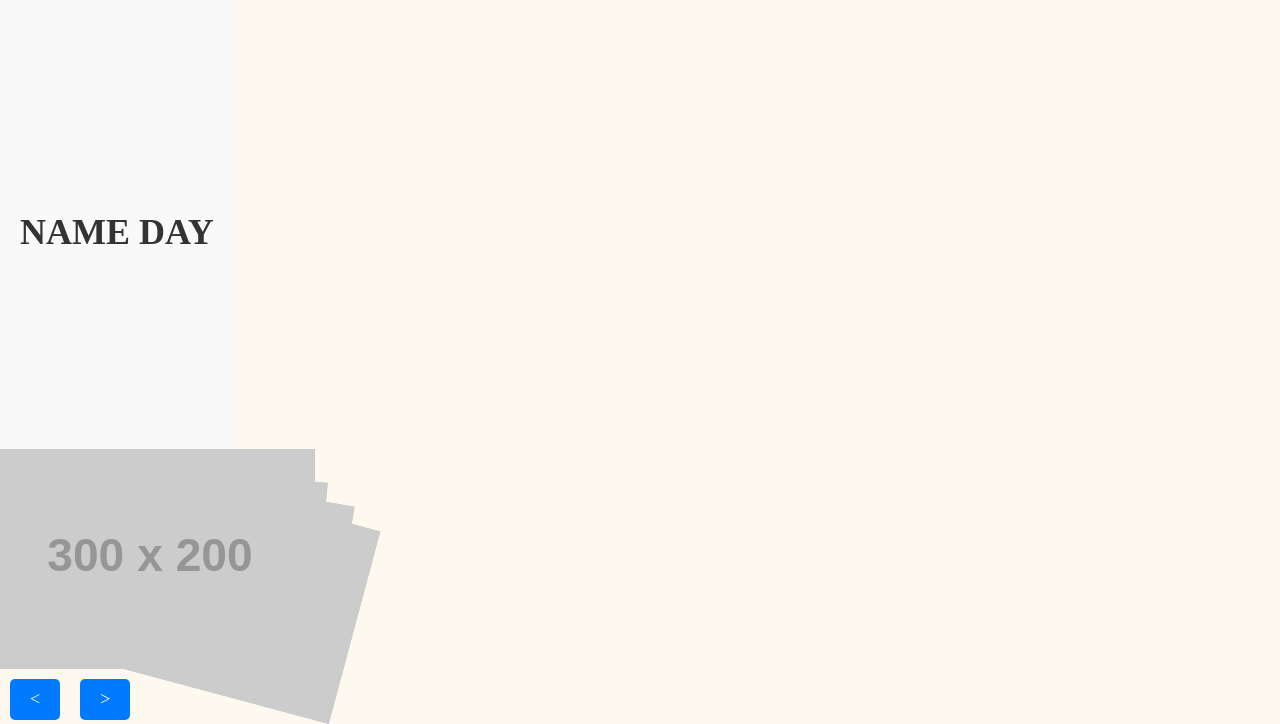
Repository: naps00/BIRTHDAY
Page: /details
The author's editor kept a copy of each file at every save. The page is drawn from the files as they stood at one save, then again after the next save.
The browser window is 1280 px wide. The pictures show the whole page.
The project was rebuilt for these pictures with package versions that can differ from the ones it lists, and the page was loaded fresh each time.

Above is the page before, as saved 2024-12-12 04:16:28.

### src/App.js
import React, { useState } from 'react';
import { BrowserRouter as Router, Route, Routes, Link } from 'react-router-dom';
import './App.css';
import Details from './details.js'; // นำเข้า Details.js

function Home() {
  const [showModal, setShowModal] = useState(false);

  // เมื่อวีดีโอจบ ให้แสดง modal
  const handleVideoEnd = () => {
    setShowModal(true);
  };

  return (
    <div className="App">
      <div className="container">
        <div className="text-section" style={{ flex: 1, display: 'flex', flexDirection: 'column', justifyContent: 'center', alignItems: 'center', textAlign: 'center', height: '100vh', color: 'black', fontSize: 'calc(3vw + 0vh)', fontWeight: 'bold' }}>
          <h2>HAPPY BIRTHDAY !!</h2>
          <p>MY LOVE ♡ </p>
          <img src="https://img2.pic.in.th/pic/fc8c0bdfae313c2ffd700a21b05915d6-removebg-preview.png" alt="Happy Birthday Decoration" style={{width: '200px', height: '200PX' }} />
        </div>

        <div className="video-section">
          <video
            className="video-player"
            controls
            onEnded={handleVideoEnd}
          >
            <source src="https://v1.pinimg.com/videos/mc/720p/3d/2a/3c/3d2a3ca4078af4f14258938781ed5f8e.mp4" type="video/mp4" />
            Your browser does not support the video tag.
          </video>
        </div>
      </div>

      {/* Modal */}
      {showModal && (
        <div className="modal-backdrop">
          <div className="modal-content">
            <h2>Are you ready?</h2>
            {/* เปลี่ยนปุ่ม "ปิด" ให้เป็นลิงค์ไปยังหน้า /details */}
            <Link to="/details">
              <button className="pulse">GO !!</button>
            </Link>
          </div>
        </div>
      )}

      {/* เพิ่มอิโมจิที่วิ้งๆ */}
      <div className="emoji">🌟</div>
      <div className="emoji2">✨</div>
      <div className="emoji3">💕</div>

    </div>
  );
}

function App() {
  return (
    <Router>
      <Routes>
        <Route path="/" element={<Home />} />
        <Route path="/details" element={<Details />} /> {/* เพิ่มเส้นทางสำหรับหน้า /details */}
      </Routes>
    </Router>
  );
}

export default App;

### src/App.css
/* การจัด layout ของแอปพลิเคชัน */
.App {
  background-color: white;
  min-height: 100vh;
  display: flex;
  justify-content: center;
  align-items: center;
}

/* ส่วนที่ใช้จัด layout */
.container {
  display: flex;
  flex-direction: row; /* แบ่งพื้นที่ออกเป็น 2 ส่วน */
  width: 100%;
  height: 100vh;
}

/* ส่วนข้อความ */
.text-section {
  flex: 1;
  display: flex;
  flex-direction: column;
  justify-content: center;
  align-items: center;
  padding: 20px;
  background-color: #f9f9f9;
}

.text-section h1 {
  margin-bottom: 20px;
}

/* ส่วนวีดีโอ */
.video-section {
  flex: 1;
  display: flex;
  justify-content: center;
  align-items: center;
  background-color: #000;
}

.video-player {
  width: 100%; /* ให้วีดีโอเต็มความกว้าง */
  height: 100%; /* ให้วีดีโอเต็มความสูง */
  object-fit: cover; /* ปรับวีดีโอให้เต็มพื้นที่โดยไม่เสียสัดส่วน */

/* การแสดง modal */
}
.modal-backdrop {
  position: fixed;
  top: 0;
  left: 0;
  width: 100%;
  height: 100%;
  background: rgba(0, 0, 0, 0.7);
  display: flex;
  justify-content: center;
  align-items: center;
  z-index: 100; /* ทำให้ modal อยู่เหนือสิ่งอื่น */
  animation: fadeInPop 0.5s ease-out;
}

/* เพิ่ม z-index ให้ modal-content */
.modal-content {
  background: white;
  padding: 20px;
  border-radius: 10px;
  text-align: center;
  box-shadow: 0 2px 10px rgba(0, 0, 0, 0.3);
  animation: slideUp 0.3s ease-out;
  z-index: 101; /* ทำให้เนื้อหาของ modal อยู่เหนือ backdrop */
}

/* การแอนิเมชัน fade-in และ pop-up สำหรับ modal backdrop */
@keyframes fadeInPop {
  0% {
    opacity: 0;
    transform: scale(0.8);
  }
  100% {
    opacity: 1;
    transform: scale(1);
  }
}

body {
  font-family: 'Coiny', cursive;
  margin: 0;
  padding: 0;
  box-sizing: border-box;
  background-color: #fef9ef;
  color: #333;
}

h1, h2, p {
  font-family: 'Coiny', cursive; /* ฟอนต์ใหม่สำหรับข้อความ */
}

button {
  font-family: 'Coiny', cursive;
  font-size: 1.2rem;
  background-color: #ff6f61;
  color: #fff;
  padding: 10px 20px;
  border: none;
  border-radius: 8px;
  cursor: pointer;
  transition: background-color 0.3s ease, transform 0.3s ease;
}

button:hover {
  background-color: #ff3d3d;
  transform: scale(1.1);
}

/* การแอนิเมชัน slide-up สำหรับ modal content */
@keyframes slideUp {
  0% {
    transform: translateY(20px);
    opacity: 0;
  }
  100% {
    transform: translateY(0);
    opacity: 1;
  }
}

.modal-content h2 {
  margin-bottom: 20px;
}

.modal-content button {
  padding: 10px 20px;
  background-color: #007bff;
  color: white;
  border: none;
  border-radius: 5px;
  cursor: pointer;
  transition: transform 0.3s ease, background-color 0.3s ease;
}

/* เอฟเฟกต์เมื่อ hover ปุ่ม */
.modal-content button:hover {
  background-color: #0056b3;
  transform: scale(1.1); /* ขยายขนาดปุ่มเมื่อ hover */
}

/* เอฟเฟกต์การเต้นของปุ่ม */
@keyframes pulse {
  0% {
    transform: scale(1);
    opacity: 1;
  }
  50% {
    transform: scale(1.1);
    opacity: 0.8;
  }
  100% {
    transform: scale(1);
    opacity: 1;
  }
}

.pulse {
  animation: pulse 1.5s infinite;
}

/* อิโมจิวิ้งๆ */
.emoji {
  position: fixed;
  top: 30%;
  right: 50%;
  font-size: 30px;
  animation: smoothBounce 1.4s infinite;
  z-index: 50; /* ทำให้ไอคอนอิโมจิอยู่ใต้ modal */
}
.emoji2 {
  position: fixed;
  top: 18%;
  right: 97%;
  font-size: 30px;
  animation: smoothBounce 1.5s infinite;
  z-index: 50; /* ทำให้ไอคอนอิโมจิอยู่ใต้ modal */
}
.emoji3 {
  position: fixed;
  top: 63%;
  right: 65%;
  font-size: 50px;
  animation: smoothBounce 3s infinite;
  z-index: 50; /* ทำให้ไอคอนอิโมจิอยู่ใต้ modal */
}
/* การกระพิบ */
/* @keyframes fadeInOut {
  0%, 100% {
    opacity: 0;
  }
  50% {
    opacity: 1;
  }
}

.fade {
  animation: fadeInOut 1s infinite;
} */

/* การแอนิเมชันวิ้ง */
@keyframes smoothBounce {
  0%, 100% {
    transform: translateY(0);
    opacity: 1;
  }
  25% {
    transform: translateY(-1px);
    opacity: 1;
  }
  50% {
    transform: translateY(-1px);
    opacity: 1;
  }
  75% {
    transform: translateY(5px);
    opacity: 1;
  }
}


/* การแอนิเมชัน zoom-in */
@keyframes zoomIn {
  0% {
    transform: scale(0.8);
    opacity: 0;
  }
  100% {
    transform: scale(1);
    opacity: 1;
  }
}

.zoom-in {
  animation: zoomIn 0.4s ease-out;
}

/* เอฟเฟกต์ fade-in สำหรับเนื้อหาที่โหลด */
.fade-in {
  opacity: 0;
  animation: fadeIn 1s forwards;
}

@keyframes fadeIn {
  from {
    opacity: 0;
  }
  to {
    opacity: 1;
  }
}

### src/details.js
import React, { useState } from 'react';
import './details.css'; // เพิ่มสไตล์สำหรับ Card Stack

function Details() {
  const [currentIndex, setCurrentIndex] = useState(0);

  const images = [
    'https://via.placeholder.com/300x200?text=Image+1',
    'https://via.placeholder.com/300x200?text=Image+2',
    'https://via.placeholder.com/300x200?text=Image+3',
    'https://via.placeholder.com/300x200?text=Image+4'
  ];

  const handleNext = () => {
    setCurrentIndex((currentIndex + 1) % images.length);
  };

  const handlePrev = () => {
    setCurrentIndex((currentIndex - 1 + images.length) % images.length);
  };

  return (
    <div className="details-page">
      <div className="text-section">
        <h1>NAME DAY</h1>
      </div>

      <div className="card-stack">
        {images.map((src, index) => {
          const isActive = index === currentIndex;
          const zIndex = images.length - Math.abs(currentIndex - index); // ลำดับของการซ้อน
          const offsetX = (index - currentIndex) * 20; // ความเหลื่อมในแกน X
          const offsetY = (index - currentIndex) * 10; // ความเหลื่อมในแกน Y
          const rotation = (index - currentIndex) * 5; // หมุนเล็กน้อย

          return (
            <img
              key={index}
              src={src}
              alt={`Slide ${index + 1}`}
              className={`card ${isActive ? 'active' : ''}`}
              style={{
                zIndex: zIndex,
                transform: `translate(${offsetX}px, ${offsetY}px) rotate(${rotation}deg) scale(${isActive ? 1.1 : 1})`,
                position: 'absolute',
                left: '50%',
                top: '50%',
                transformOrigin: 'center',
                marginLeft: '-150px', // ครึ่งหนึ่งของความกว้าง
                marginTop: '-100px', // ครึ่งหนึ่งของความสูง
                transition: 'transform 0.5s ease-in-out, z-index 0.5s',
              }}
            />
          );
        })}
      </div>

      <div className="controls">
        <button onClick={handlePrev}>&lt;</button>
        <button onClick={handleNext}>&gt;</button>
      </div>
    </div>
  );
}

export default Details;

### src/details.css
.details-page {
  display: flex;
  justify-content: center;
  align-items: flex-start; /* จัดข้อความให้อยู่ที่ด้านบนสุด */
  height: 100vh;
  transition: background-color 2s ease-in-out;
  flex-direction: column; /* ให้ข้อความอยู่ด้านบน และภาพอยู่ด้านล่าง */
}

.text-section {
  font-size: 36px;
  font-weight: bold;
  color: white;
  text-align: center;
  margin: 0;
  padding-top: 20px; /* ระยะห่างจากขอบบน */
}


.text-section h1 {
  font-size: 36px;
  font-weight: bold;
  color: #333;
  border: none; /* ลบกรอบ (ถ้ามี) */
  padding: 0; /* ลบ padding (ถ้ามี) */
}

.card-stack {
  position: relative;
  width: 300px;
  height: 200px;
  display: flex;
  justify-content: center;
  align-items: center;
}

.card {
  position: absolute;
  width: 300px;
  height: 200px;
  object-fit: cover;
  transition: transform 0.5s ease-in-out, z-index 0.5s;
}

.controls {
  display: flex;
  justify-content: center;
  margin-top: 20px;
}

.controls button {
  background-color: #007bff;
  color: white;
  border: none;
  padding: 10px 20px;
  margin: 0 10px;
  font-size: 18px;
  cursor: pointer;
  border-radius: 5px;
}

.controls button:hover {
  background-color: #0056b3;
}

Loaded but not shown: public/index.html (common file); src/index.js (common file); src/index.css (common file); src/reportWebVitals.js (common file)

After the next save:
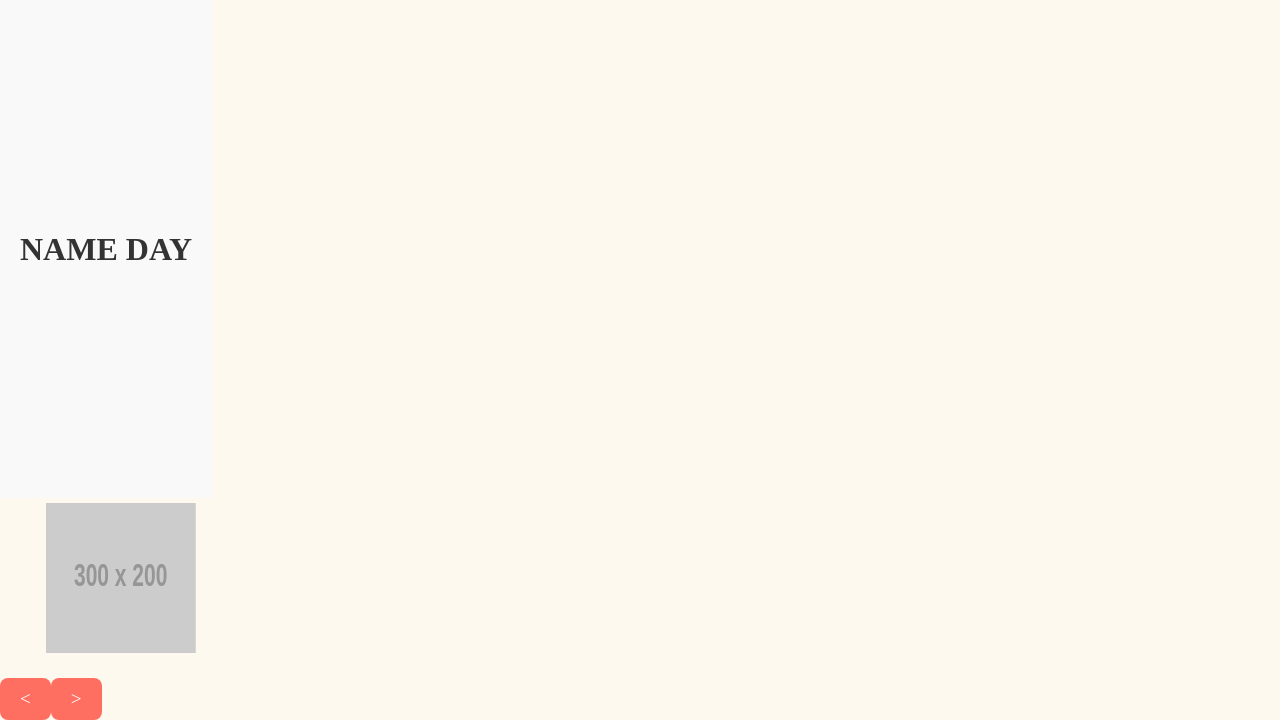
Saved 18 s later.
--- a/src/details.css
+++ b/src/details.css
@@ -7,7 +7,15 @@
   flex-direction: column; /* ให้ข้อความอยู่ด้านบน และภาพอยู่ด้านล่าง */
 }
 
-.text-section {
+.details-page.blue {
+  background-color: #00bfff; /* ฟ้าสด */
+}
+
+.details-page.pink {
+  background-color: #ff69b4; /* ชมพูสด */
+}
+
+.content h1 {
   font-size: 36px;
   font-weight: bold;
   color: white;
@@ -16,49 +24,45 @@
   padding-top: 20px; /* ระยะห่างจากขอบบน */
 }
 
-
-.text-section h1 {
-  font-size: 36px;
-  font-weight: bold;
-  color: #333;
-  border: none; /* ลบกรอบ (ถ้ามี) */
-  padding: 0; /* ลบ padding (ถ้ามี) */
-}
-
 .card-stack {
   position: relative;
-  width: 300px;
-  height: 200px;
   display: flex;
   justify-content: center;
   align-items: center;
+  margin-top: 30px;
+  width: 300px; /* ความกว้างของกองไพ่ */
+  height: 150px; /* ความสูงของกองไพ่ */
 }
 
 .card {
   position: absolute;
-  width: 300px;
-  height: 200px;
-  object-fit: cover;
-  transition: transform 0.5s ease-in-out, z-index 0.5s;
+  animation: shuffle 2s infinite alternate; /* ใช้ animation สำหรับการเคลื่อนไหว */
+  width: 150px;
+  height: 150px;
+  z-index: 1;
+  opacity: 0.8; /* ให้การวางซ้อนดูโปร่งๆ */
 }
 
-.controls {
-  display: flex;
-  justify-content: center;
-  margin-top: 20px;
+.card1 {
+  animation-delay: 0s; /* การหน่วงเวลาในแต่ละรูป */
 }
 
-.controls button {
-  background-color: #007bff;
-  color: white;
-  border: none;
-  padding: 10px 20px;
-  margin: 0 10px;
-  font-size: 18px;
-  cursor: pointer;
-  border-radius: 5px;
+.card2 {
+  animation-delay: 0.2s;
 }
 
-.controls button:hover {
-  background-color: #0056b3;
+.card3 {
+  animation-delay: 0.4s;
 }
+
+/* สร้างการเคลื่อนไหวที่ดูเหมือนสับไพ่ */
+@keyframes shuffle {
+  0% {
+    transform: translateX(-50px); /* เคลื่อนที่ไปทางซ้าย */
+    z-index: 2;
+  }
+  100% {
+    transform: translateX(50px); /* เคลื่อนที่ไปทางขวา */
+    z-index: 1;
+  }
+}
